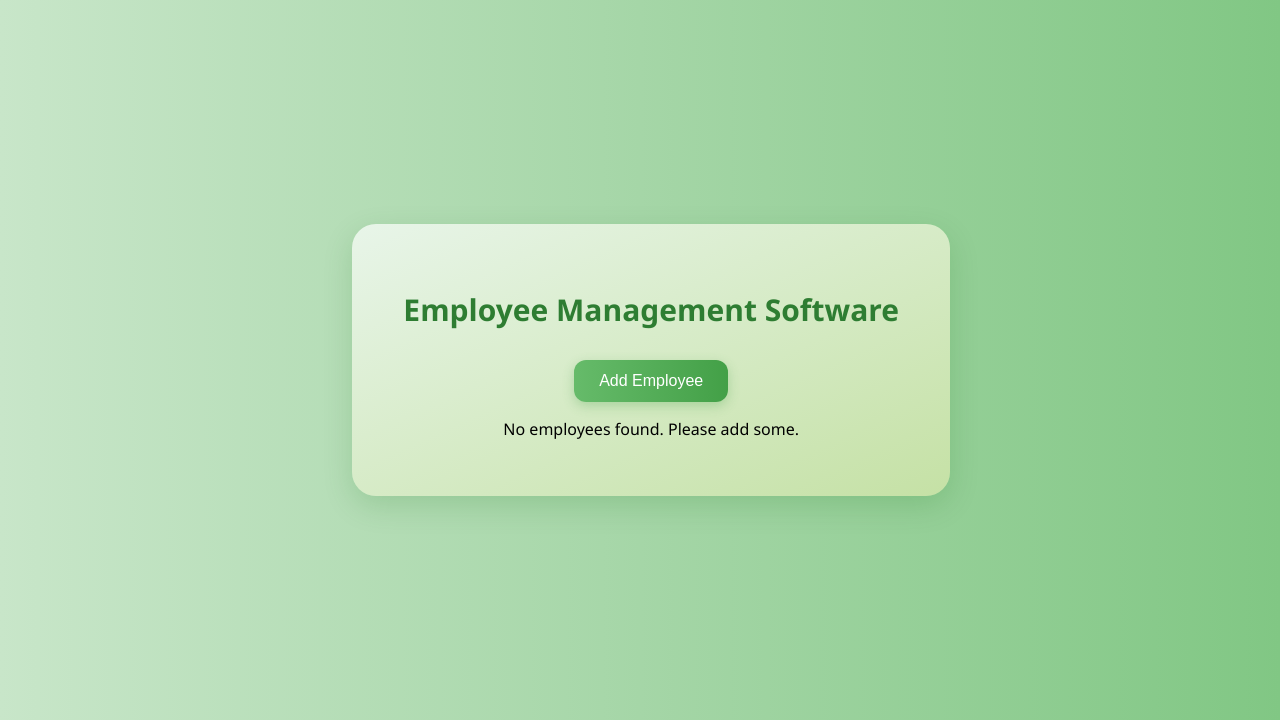
Repository: AfifaNoor/CRUD
Page: /dashboard
An editor plug-in stored every save of this project. The page is shown before and after the next save, followed by the edit.
The browser window is 1280 px wide. The pictures show the whole page.
The project was rebuilt for these pictures with package versions that can differ from the ones it lists, and the page was loaded fresh each time. Also part of the build but not shown: src/AdminPage.jsx, src/AddEmployee.jsx.

Above is the page before, as saved 2025-06-16 14:31:28.

### src/App.js
import AdminPage from "./AdminPage"
import Router from "./Router";
import { RouterProvider } from "react-router-dom";
function App() {
  return (
    <>
      <RouterProvider router={Router} />
    </>
  );
}

export default App;

### src/Router.jsx
import React from 'react'
import { createBrowserRouter, createRoutesFromElements, Route } from 'react-router-dom'
import Dashboard from './DashBoard'
import AdminPage from './AdminPage'
import AddEmployee from './AddEmployee';


const Router =createBrowserRouter (
    createRoutesFromElements(
        <>
            <Route path="/dashboard" element= {<Dashboard/>}/>
            <Route path="/" element={<AdminPage/>} />
            <Route path='/add-employee' element={<AddEmployee/>} />

        </>

));



export default Router;

### src/AdminPage.css
/* AdminPage.css */

body {
  margin: 0;
  font-family: 'Segoe UI', Tahoma, Geneva, Verdana, sans-serif;
  background: linear-gradient(to right, #a8e6cf, #dcedc1, #aed581);
  min-height: 100vh;
  display: flex;
  align-items: center;
  justify-content: center;
}

.admin-page {
  background: linear-gradient(to bottom right, #d0f0c0, #a5d6a7);
  padding: 40px;
  border-radius: 20px;
  box-shadow: 0 8px 25px rgba(0, 100, 0, 0.2);
  width: 350px;
  text-align: center;
  transition: all 0.3s ease-in-out;
}

.admin-page:hover {
  transform: scale(1.02);
}

.admin-page h1 {
  margin-bottom: 30px;
  color: #2e7d32;
  font-size: 28px;
}

form {
  display: flex;
  flex-direction: column;
  gap: 20px;
}

.form-input {
  padding: 12px 16px;
  border-radius: 10px;
  border: 1px solid #81c784;
  outline: none;
  font-size: 16px;
  transition: all 0.3s ease;
  background: #f1f8e9;
}

.form-input:focus {
  border-color: #388e3c;
  box-shadow: 0 0 8px rgba(56, 142, 60, 0.3);
}

.form-button button {
  padding: 12px;
  border: none;
  border-radius: 12px;
  background: linear-gradient(to right, #66bb6a, #43a047);
  color: white;
  font-size: 16px;
  cursor: pointer;
  transition: all 0.3s ease;
}

.form-button button:hover {
  background: linear-gradient(to right, #43a047, #2e7d32);
  box-shadow: 0 4px 12px rgba(67, 160, 71, 0.4);
}

### src/DashBoard.jsx
  // Importing necessary hooks from React and React Router
  import { useNavigate } from 'react-router-dom';
  import { useState, useEffect } from 'react';
  import './DashBoard.css';


  const Dashboard = () => {
    const navigate = useNavigate();

    // useState to hold the list of employee objects (fetched from localStorage)
    const [employees, setEmployees] = useState([]);

    // useEffect will run once when the component is mounted
    useEffect(() => {
      // Get the employee data from localStorage
      const storedEmployees = JSON.parse(localStorage.getItem('employeeList')) || [];

      // Set the employee data to state (if available)
      setEmployees(storedEmployees);
    }, []); // Empty dependency array → ensures it runs only once when component loads

    // Function to handle clicking "Add Employee" button
    const handleAddEmployee = () => {
      // Navigate to the "Add Employee" page
      navigate('/add-employee');
    };

    return (
      <div className="dashboard-page">
        <h2>Employee Management Software</h2>
        {/* Button to navigate to the Add Employee form */}
        <div className='add-employee-btn'>
          <button className='add-employee' onClick={handleAddEmployee}>Add Employee</button>
        </div>

        {/* If there are no employees, show a message */}
        {employees.length === 0 ? (
          <p>No employees found. Please add some.</p>
        ) : (
          <div className='employee-detail'>
            {/* Loop through the employee list and display each employee’s info */}
            {employees.map((value, index) => (
              <div key={index} className="employee-card">
                <p><strong>Name:</strong> {value.name}</p>
                <p><strong>Email:</strong> {value.email}</p>
                <p><strong>Gender:</strong> {value.gender}</p>
                <p><strong>Position:</strong> {value.position}</p>
                <p><strong>Salary:</strong> ₹{value.salary}</p>
                <p><strong>Joining Date:</strong> {value.joiningDate}</p>
              </div>
            ))}
          </div>
        )}

      </div>
    );
  };

  export default Dashboard;

### src/DashBoard.css
/* DashBoard.css */

body {
  margin: 0;
  font-family: 'Segoe UI', Tahoma, Geneva, Verdana, sans-serif;
  background: linear-gradient(to right, #c8e6c9, #a5d6a7, #81c784);
  min-height: 100vh;
  display: flex;
  align-items: center;
  justify-content: center;
}

.dashboard-page {
  background: linear-gradient(to bottom right, #e8f5e9, #c5e1a5);
  padding: 40px;
  border-radius: 24px;
  box-shadow: 0 10px 30px rgba(0, 100, 0, 0.15);
  max-width: 1000px;
  width: 90%;
  margin: 40px auto;
  text-align: center;
}

.dashboard-page h2 {
  color: #2e7d32;
  font-size: 30px;
  margin-bottom: 30px;
}

.employee-detail {
  display: grid;
  grid-template-columns: repeat(auto-fill, minmax(260px, 1fr));
  gap: 20px;
  margin-top: 20px;
}

.employee-card {
  background: linear-gradient(to bottom, #f1f8e9, #dcedc8);
  padding: 20px;
  border-radius: 16px;
  box-shadow: 0 4px 15px rgba(56, 142, 60, 0.2);
  text-align: left;
  transition: transform 0.3s ease, box-shadow 0.3s ease;
}

.employee-card:hover {
  transform: translateY(-5px);
  box-shadow: 0 8px 20px rgba(56, 142, 60, 0.3);
}

.employee-card p {
  margin: 6px 0;
  font-size: 15px;
  color: #2e7d32;
}

.add-employee-btn {
  margin-top: 30px;
}

.add-employee {
  background: linear-gradient(to right, #66bb6a, #43a047);
  color: white;
  border: none;
  padding: 12px 25px;
  font-size: 16px;
  border-radius: 12px;
  cursor: pointer;
  transition: all 0.3s ease;
  box-shadow: 0 4px 12px rgba(67, 160, 71, 0.3);
}

.add-employee:hover {
  background: linear-gradient(to right, #43a047, #2e7d32);
  box-shadow: 0 6px 16px rgba(67, 160, 71, 0.4);
}

Loaded but not shown: public/index.html (common file); src/index.js (common file); src/index.css (common file); src/reportWebVitals.js (common file)

After the next save:
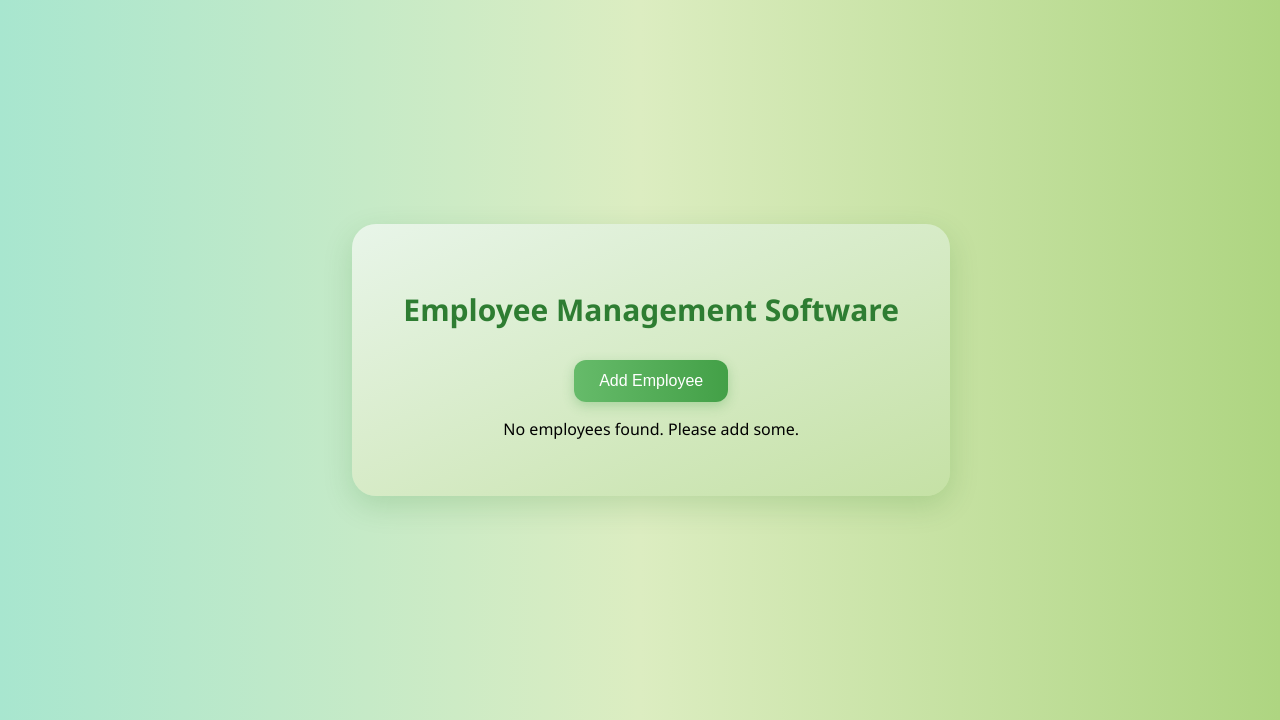
Saved 6 days later.
--- a/src/App.js
+++ b/src/App.js
@@ -1,4 +1,4 @@
-import AdminPage from "./AdminPage"
+// import AdminPage from "./AdminPage"
 import Router from "./Router";
 import { RouterProvider } from "react-router-dom";
 function App() {
